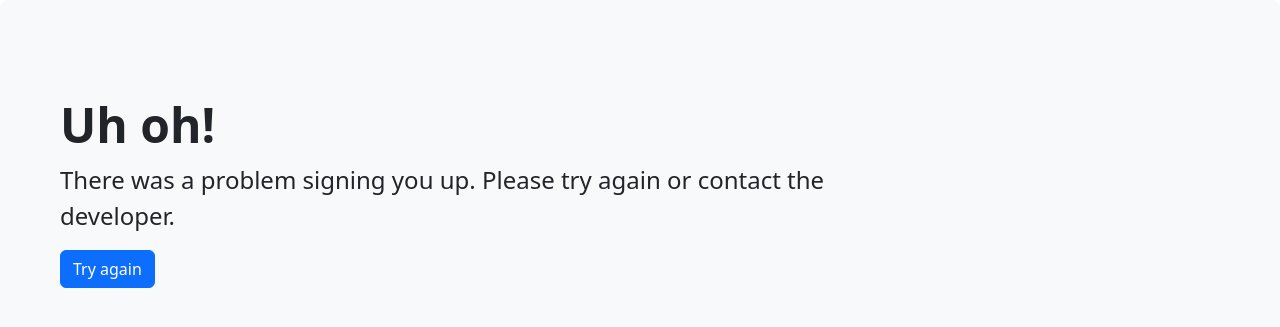
Repository: thecoachanna/newsletter-signup
Page: failure.html
The author's editor kept a copy of each file at every save. The page is drawn from the files as they stood at one save, then again after the next save.
The browser window is 1280 px wide. The pictures show the whole page.

Above is the page before, as saved 2023-05-05 09:30:52.

### failure.html
<!DOCTYPE html>
<html lang="en">
<head>
    <meta charset="UTF-8">
    <meta http-equiv="X-UA-Compatible" content="IE=edge">
    <meta name="viewport" content="width=device-width, initial-scale=1.0">
    <link href="https://cdn.jsdelivr.net/npm/bootstrap@5.3.0-alpha3/dist/css/bootstrap.min.css" rel="stylesheet"
        integrity="sha384-KK94CHFLLe+nY2dmCWGMq91rCGa5gtU4mk92HdvYe+M/SXH301p5ILy+dN9+nJOZ" crossorigin="anonymous">
    <title>Failure</title>
</head>
<body>
    <div class="p-5 mb-4 bg-body-tertiary rounded-3">
        <div class="container-fluid py-5">
          <h1 class="display-5 fw-bold">Uh oh!</h1>
          <p class="col-md-8 fs-4">There was a problem signing you up. Please try again or contact the developer.</p>

          <form action="/failure" method="post">
            <button class="btn btn-primary" type="submit" name="button">Try again</button>
          </form>

        </div>
      </div>
</body>
</html>

After the next save:
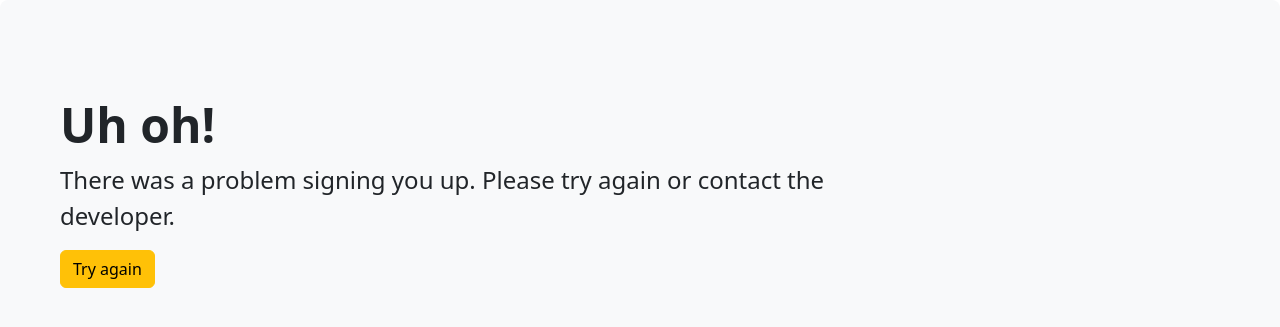
Saved 13 s later.
--- a/failure.html
+++ b/failure.html
@@ -15,7 +15,7 @@
           <p class="col-md-8 fs-4">There was a problem signing you up. Please try again or contact the developer.</p>
 
           <form action="/failure" method="post">
-            <button class="btn btn-primary" type="submit" name="button">Try again</button>
+            <button class="btn btn-warning" type="submit" name="button">Try again</button>
           </form>
 
         </div>
